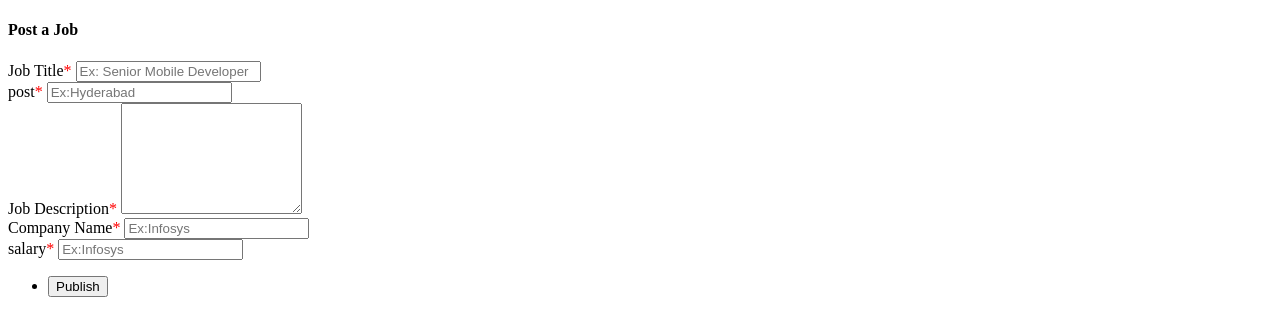
Repository: sharad2795/collobrationproject
Page: collobrationFE/WebContent/htmlpages/createjob.html
An editor plug-in stored every save of this project. The page is shown before and after the next save, followed by the edit.
The browser window is 1280 px wide. The pictures show the whole page.

Above is the page before, as saved 2017-06-06 10:56:16.

### collobrationFE/WebContent/htmlpages/createjob.html
<!DOCTYPE html>
<html>
<head>
<meta charset="ISO-8859-1">
<title>Insert title here</title>
<style>
.form-group.required .control-label:after {
   content:"*";
   color:red;
}

</style>
</head>
<body>

<div class="container">
  <div class="row">
  <h4>Post a Job</h4>
 <div class="col col-md-2"></div>
    <div class="col col-md-8">
  <form>
  <div class="form-group required">
    <label for="exampleInputEmail1" class='control-label'>Job Title</label>
    <input type="email" class="form-control" id="exampleInputEmail1" aria-describedby="emailHelp" placeholder="Ex: Senior Mobile Developer">
    <!--<small id="emailHelp" class="form-text text-muted">We'll never share your email with anyone else.</small>-->
  </div>
  <div class="form-group required">
    <label for="exampleInputPassword1" class='control-label'>post</label>
    <input type="password" class="form-control" id="exampleInputPassword1" placeholder="Ex:Hyderabad">
  </div>

  <div class="form-group required">
    <label for="exampleTextarea" class='control-label'>Job Description</label>
    <textarea class="form-control" id="exampleTextarea" rows="7"></textarea>
  </div>
  <div class="form-group required">
    <label for="exampleInputPassword1" class='control-label'>Company Name</label>
    <input type="password" class="form-control" id="exampleInputPassword1" placeholder="Ex:Infosys">
  </div>
  <div class="form-group required">
    <label for="exampleInputPassword1" class='control-label'>salary</label>
    <input type="password" class="form-control" id="exampleInputPassword1" placeholder="Ex:Infosys">
  </div>

    <ul class="media-date text-uppercase reviews list-inline">
    <li class="aaaa"><button type="submit" class="btn btn-success">Publish</button></li>
  </ul>
</form>
</div>
  <div class="col col-md-2"></div>

</div>
</div>
</body>
</html>

After the next save:
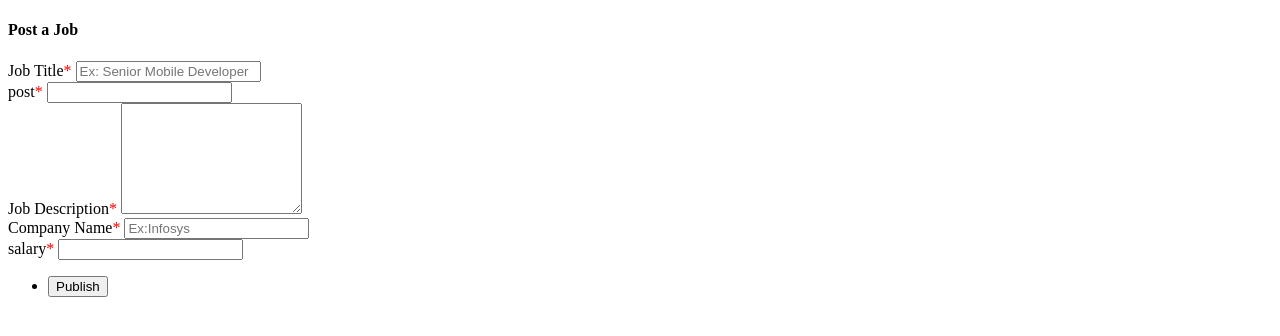
Saved 7 min 32 s later.
--- a/collobrationFE/WebContent/htmlpages/createjob.html
+++ b/collobrationFE/WebContent/htmlpages/createjob.html
@@ -12,34 +12,34 @@
 </style>
 </head>
 <body>
-
+<div ng-controller="jobcontroller as ctrl">
 <div class="container">
   <div class="row">
   <h4>Post a Job</h4>
  <div class="col col-md-2"></div>
     <div class="col col-md-8">
-  <form>
+  <form ng-submit="ctrl.submit()">
   <div class="form-group required">
     <label for="exampleInputEmail1" class='control-label'>Job Title</label>
-    <input type="email" class="form-control" id="exampleInputEmail1" aria-describedby="emailHelp" placeholder="Ex: Senior Mobile Developer">
+    <input type="text" ng-model="ctrl.job.title" class="form-control" id="exampleInputEmail1" aria-describedby="emailHelp" placeholder="Ex: Senior Mobile Developer">
     <!--<small id="emailHelp" class="form-text text-muted">We'll never share your email with anyone else.</small>-->
   </div>
   <div class="form-group required">
     <label for="exampleInputPassword1" class='control-label'>post</label>
-    <input type="password" class="form-control" id="exampleInputPassword1" placeholder="Ex:Hyderabad">
+    <input type="text" ng-model="ctrl.job.post" class="form-control" id="exampleInputPassword1" >
   </div>
 
   <div class="form-group required">
     <label for="exampleTextarea" class='control-label'>Job Description</label>
-    <textarea class="form-control" id="exampleTextarea" rows="7"></textarea>
+    <textarea class="form-control" ng-model="ctrl.job.description" id="exampleTextarea" rows="7"></textarea>
   </div>
   <div class="form-group required">
     <label for="exampleInputPassword1" class='control-label'>Company Name</label>
-    <input type="password" class="form-control" id="exampleInputPassword1" placeholder="Ex:Infosys">
+    <input type="text" ng-model="ctrl.job.companyname" class="form-control" id="exampleInputPassword1" placeholder="Ex:Infosys">
   </div>
   <div class="form-group required">
     <label for="exampleInputPassword1" class='control-label'>salary</label>
-    <input type="password" class="form-control" id="exampleInputPassword1" placeholder="Ex:Infosys">
+    <input type="number" ng-model="ctrl.job.salary" class="form-control" id="exampleInputPassword1" >
   </div>
 
     <ul class="media-date text-uppercase reviews list-inline">
